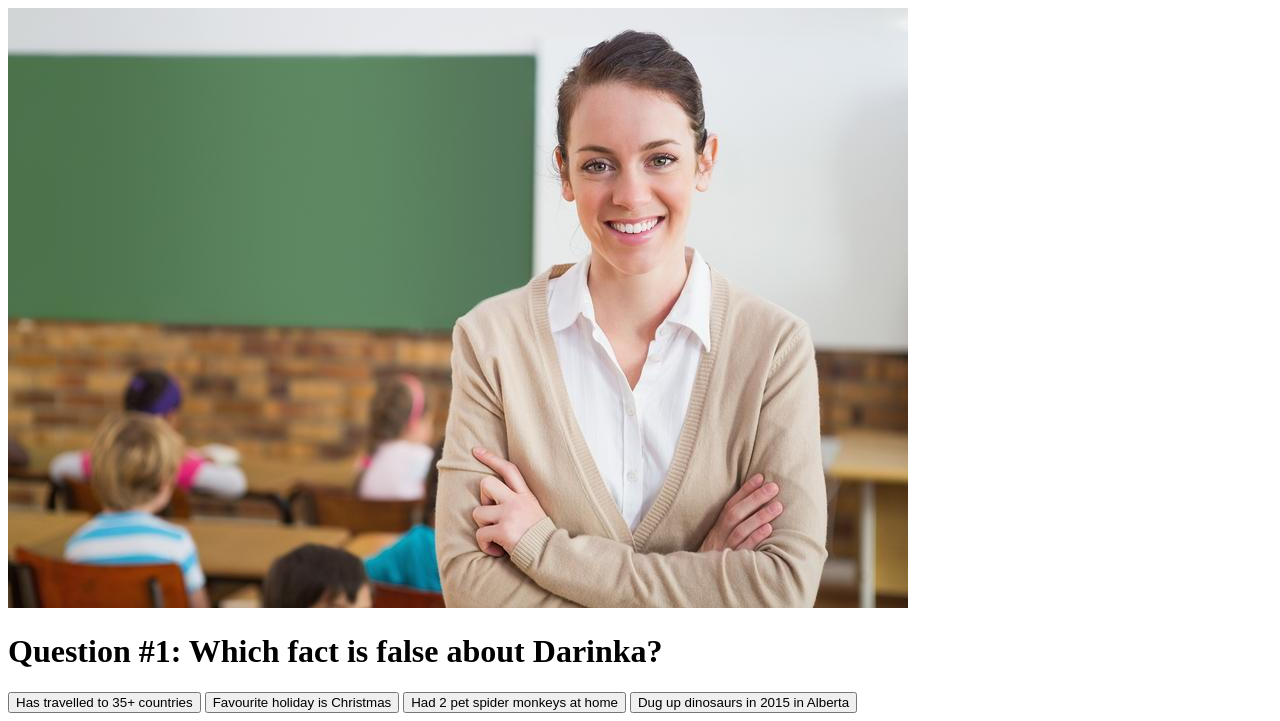
Repository: RenataDzotova/Trivia-BCIT
Page: http://localhost/q1
These files come from the project's save history. The page is drawn as it stood at one moment and after the next save; the edit follows.
The browser window is 1280 px wide. The pictures show the whole page.
The page is served by the project's Node server (index.js).

Above is the page before, as saved 2022-11-02 18:35:35.

### views/questionOne.html
<!DOCTYPE html>
<html lang="en">

<head>
    <meta charset="UTF-8">
    <meta http-equiv="X-UA-Compatible" content="IE=edge">
    <meta name="viewport" content="width=device-width, initial-scale=1.0">
    <title>Document</title>
    <style>
        .visible{
            position: absolute;
            top:20%;
            left:50%;
            width: 400px;
            height: 300px;
            background-color: blanchedalmond;
        }
    </style>
</head>

<body>
    <img src="../public/1.jpeg"/>
    <h1>Question #1: Which fact is false about Darinka?</h1>
    <button onclick="SendAnswer(1,1)">Has travelled to 35+ countries</button>
    <button onclick="SendAnswer(2,1)">Favourite holiday is Christmas</button>
    <button onclick="SendAnswer(3,1)">Had 2 pet spider monkeys at home</button>
    <button onclick="SendAnswer(4,1)">Dug up dinosaurs in 2015 in Alberta</button>
    <div></div>
    <script>
        var answerDiv = document.querySelector("div")
        function SendAnswer(ans, ques) {
            //console.log("test");
            fetch(`http://localhost:3000/checkAnswer?answer=${ans}&question=${ques}`).then(async (data) => {
                //console.log(await data.json())
                const results = await data.json();
                if (results){
                    answerDiv.classList.add("visible")
                    answerDiv.innerText = ("Correct")
                } else {
                    answerDiv.classList.add("visible")
                    answerDiv.innerText = ("Wrong")

                }
            })
        }

        //     buttons.forEach(button => {
        //         button.addEventListener('click', () => {
        //             console.log('done')
        //             fetch(`http://localhost:3000/checkAnswer?q=1`).then(async (data)=>{
        //             console.log(await data.json())
        //         })
        //     })
        // })


        // button.addEventListener("click", (event) => {
        //     if(event.target.id == "true"){
        //         fetch(`http://localhost:3000/true`).then(async (data)=>{
        //         console.log(await data.json())
        //     })}
        //     if(event.target.id == "false"){
        //         fetch(`http://localhost:3000/false`).then(async (data)=>{
        //         console.log(await data.json())
        //     })}
        // })

    </script>
</body>

</html>

### index.js
const express = require('express')
const bodyParser = require('body-parser')
const app = express()
const path = require('path')
const quizpagePath =  path.join(__dirname,'views/quiz.html')
const q1 =  path.join(__dirname,'views/questionOne.html')

app.use(express.static('views'))
app.use(bodyParser.urlencoded({ extended: false }))
app.use(express.json())


app.get('/bow', (req, res)=>{
    // console.log(req.query) //? This will now make an object out of whatever query is inserted in the searchbar, for example, "localhost:3000/?name=cocoa" will console.log { name: 'cocoa' }
    res.sendFile(quizpagePath)
})

app.get('/q1', (req, res)=>{
  // console.log(req.query)
  res.sendFile(q1)
})

const answerkey = {
  "1":2,
  "2":4
}

app.get('/checkAnswer', (req, res)=>{
//?body key is for posts   //?params is for gets
  if(Number(req.query.answer) === answerkey[req.query.ques]){
    res.json(true);
  } else {
    res.json(false);
  }
})

  // res.sendFile(trueFile)



// app.get('/quiz', (req, res)=>{
//   res.sendFile(quizpagePath)
// })

//Chris Wrote This ==>
app.get('/someData',(req,res)=>{
  // res.end(req.query)
  res.json({name:'chris'})
})
//<== Chris Wrote This
const PORT = 3000
app.listen(PORT, () => {
  console.log(`THe app is running on port ${PORT}`)
})



// //To display the final score.
// var result = ("YOUR FINAL SCORE IS: " + score + "/5")
// console.log(result)






// var readlineSync = require("readline-sync");

// console.log("Welcome to the BCIT Teacher Quiz");

// //this is line breaker, like it leaves a line.
// console.log("\n");


// var username = readlineSync.question("Your Name? ");

// console.log("\n");

// console.log("Welcome to THE QUIZ, " + username + "!");

// var score = 0;
// // if(document.getElementById('correct').checked){
// //     score++
// // }

// function quiz(question, answer) {
//   var userAnswer = readlineSync.question(question);
//   if (userAnswer == answer) {
//     console.log("correct! ");
//     score++;
//   }
//   else {
//     console.log("wrong! ");
//     score--;
//   }
//   console.log("your score is ", score);
//   console.log("-------------------");
// }

// //questions
// var questions = [
//   {
//     question: "Which fact is false about Darinka?",
//     q1: "a) Has travelled to 35+ countries",
//     q2: "b) Favourite holiday is Christmas",
//     q3: "c) Had 2 pet spider monkeys at home",
//     q4: "d) Dug up dinosaurs in 2015 in Alberta",
//     answer: "b"
//   },
//   {
//     question: "Which fact is false about Amalia?",
//     q1: " a) Can name all the US States in alphabetical order",
//     q2: " b) Has met Prince Harry  ",
//     q3: " c) I've seen Gilmore Girls 10 times through",
//     q4: " d) Can't go to bed without a cup of tea every night",
//     answer: "d"
//   },
//   {
//     question: "Which fact is false about Chris?",
//     q1: " a) He has watched Friends 10 times",
//     q2: " b) He can speak chinese fluently",
//     q3: " c) He can juggle with 4 balls",
//     q4: " d) He has eaten frogs before",
//     answer: "c"
//   },
//   {
//     question: "Which fact is false about Wim?",
//     q1: " a) He wears wet socks during summer",
//     q2: " b) He is related to a Dutch Prince",
//     q3: " c) He has goat milk hot chocolate with honey everyday",
//     q4: " d) He was in a hacker group in the 80's",
//     answer: "a"
//   },
//   {
//     question: "Did you like the quiz?",
//     q1: "yes or",
//     q2: "no",
//     q3: "",
//     q4: "",
//     answer: "yes"
//   }
// ];

// //LOOP
// for (var i = 0; i < questions.length; i++) {
//   var currentq = questions[i];
//   quiz(currentq.question + "\n" + currentq.q1 + "\n" + currentq.q2 + "\n" + currentq.q3 + "\n" + currentq.q4 + "\n" , currentq.answer);
// }

// //To display the final score.
// var result = ("YOUR FINAL SCORE IS: " + score + "/5")
// console.log(result)




// var readlineSync = require("readline-sync");

// console.log("welcome to F.R.I.E.N.D.S. quiz");

// //this is line breaker, like it leaves a line.
// console.log("\n");









// var username = readlineSync.question("Your Name? ");

// console.log("\n");

// console.log("Welcome to THE QUIZ, " + username + "!");

// var score = 0;
// function quiz(question, answer) {
//   var userAnswer = readlineSync.question(question);
//   if (userAnswer == answer) {
//     console.log("correct! ");
//     score++;
//   }
//   else {
//     console.log("wrong! ");
//     score--;
//   }
//   console.log("your score is ", score);
//   console.log("-------------------");
// }

// //questions
// var questions = [
//   {
//     question: "how many iron man suits did tony stark create in the cinematic universe? ",
//     answer: "85"
//   },
//   {
//     question: "Name of Thor's original hammer",
//     answer: "mjolnir"
//   },
//   {
//     question: "Where was Mjolnir forged?",
//     answer: "Nidavellir"
//   },
//   {
//     question: "Father of the God of Thunder",
//     answer: "Odin"
//   },
//   {
//     question: "Who is the god of mischief?",
//     answer: "Loki"
//   },
//   {
//     question: "Did you like the quiz?",
//     answer: "yes"
//   }
// ];

// //LOOP
// for (var i = 0; i < questions.length; i++) {
//   var currentq = questions[i];
//   quiz(currentq.question, currentq.answer);
// }

// //To display the final score.

// console.log("YOUR FINAL SCORE IS: " + score + "/10")

After the next save:
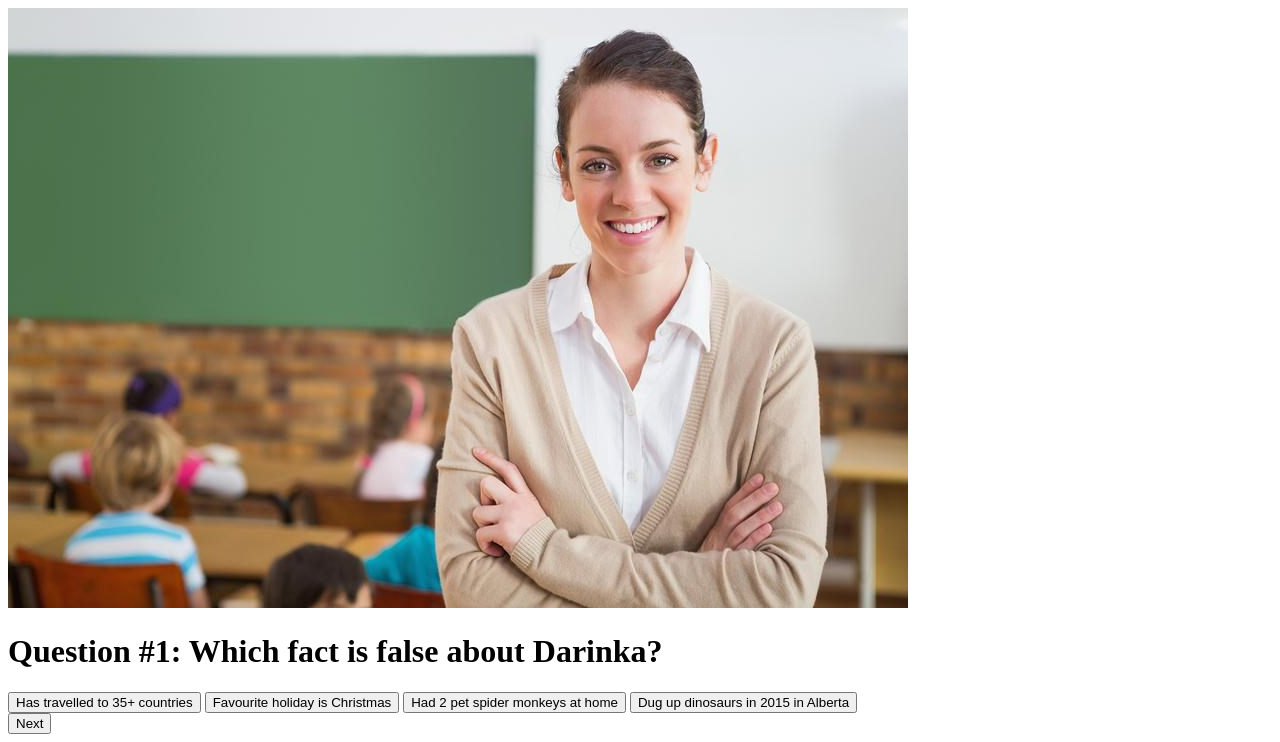
Saved 15 s later.
--- a/views/questionOne.html
+++ b/views/questionOne.html
@@ -25,7 +25,9 @@
     <button onclick="SendAnswer(2,1)">Favourite holiday is Christmas</button>
     <button onclick="SendAnswer(3,1)">Had 2 pet spider monkeys at home</button>
     <button onclick="SendAnswer(4,1)">Dug up dinosaurs in 2015 in Alberta</button>
-    <div></div>
+    <div>
+        <button>Next</button>
+    </div>
     <script>
         var answerDiv = document.querySelector("div")
         function SendAnswer(ans, ques) {
